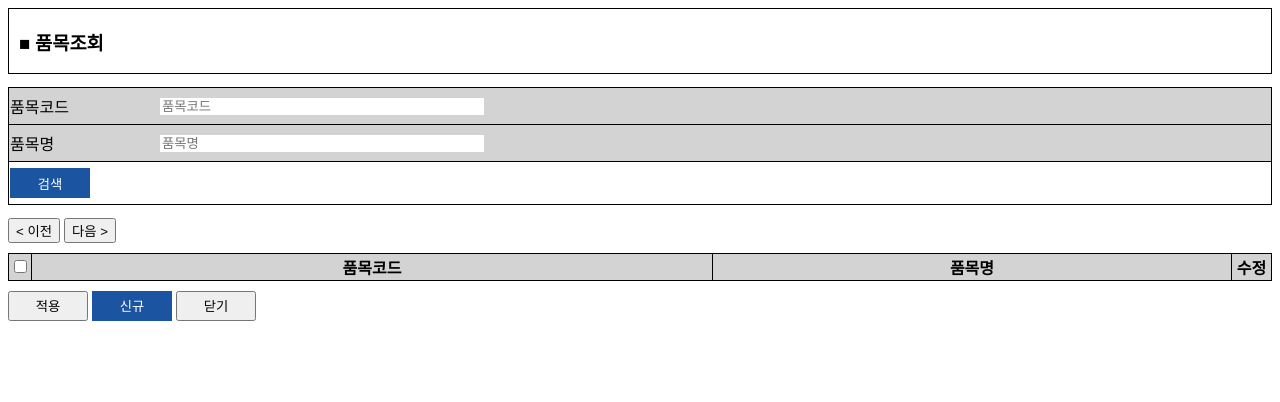
Repository: yoosb0328/js-project
Page: search-popup.html
An editor plug-in stored every save of this project. The page is shown before and after the next save, followed by the edit.
The browser window is 1280 px wide. The pictures show the whole page.

Above is the page before, as saved 2024-08-05 21:11:04.
Console error: TypeError: Cannot read properties of null (reading 'postMessage')

After the next save:
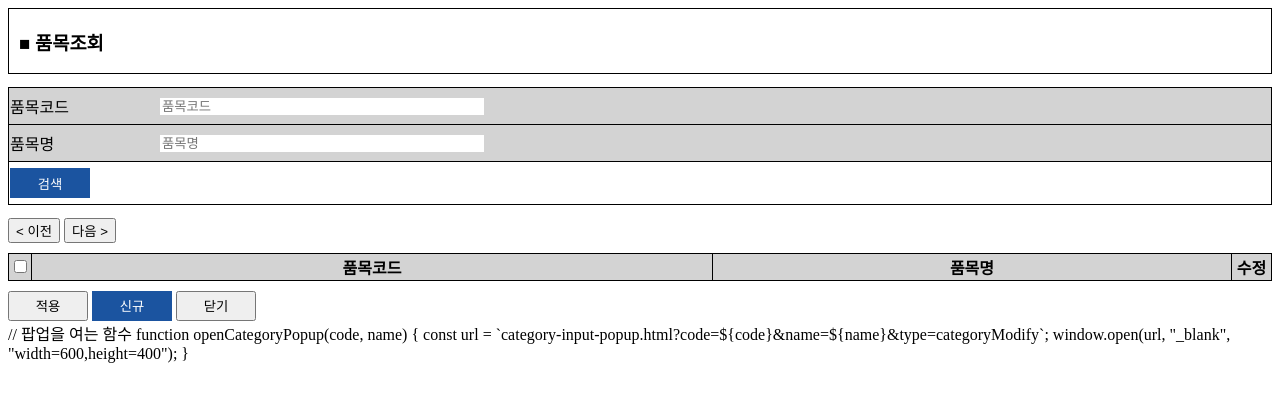
Saved 34 s later.
--- a/search-popup.html
+++ b/search-popup.html
@@ -86,5 +86,12 @@
     <script type="module" src="./js/component/popup.js"></script>
     <script type="module" src="./js/component/checkBox.js"></script>
     <script type="module" src="./js/component/button.js"></script>
+    <scrpt>
+        // 팝업을 여는 함수
+        function openCategoryPopup(code, name) {
+            const url = `category-input-popup.html?code=${code}&name=${name}&type=categoryModify`;
+            window.open(url, "_blank", "width=600,height=400");
+        }
+    </scrpt>
 </body>
 </html>

After the 2 saves that followed:
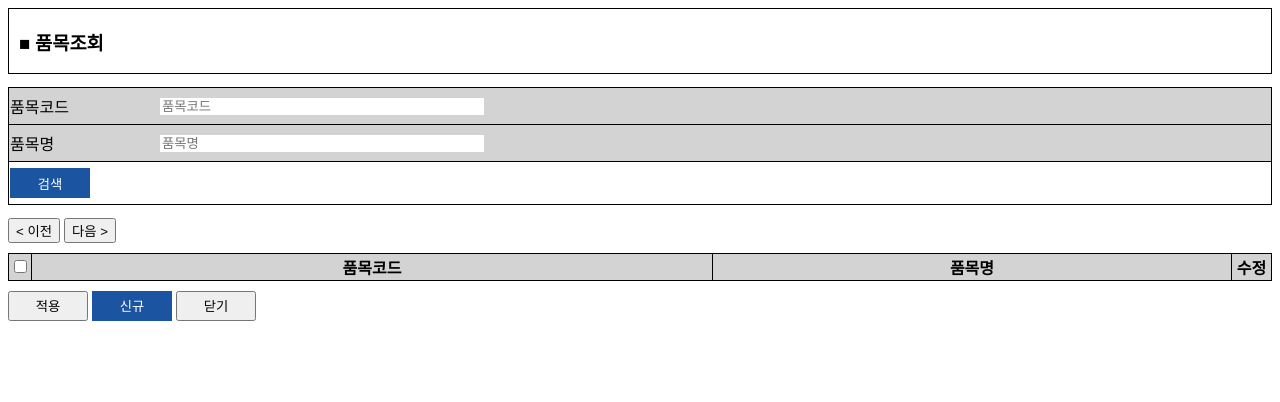
The 2 saves are shown as one change because 1 left the picture as it was.
The last was saved 17 s later.
--- a/search-popup.html
+++ b/search-popup.html
@@ -86,12 +86,6 @@
     <script type="module" src="./js/component/popup.js"></script>
     <script type="module" src="./js/component/checkBox.js"></script>
     <script type="module" src="./js/component/button.js"></script>
-    <scrpt>
-        // 팝업을 여는 함수
-        function openCategoryPopup(code, name) {
-            const url = `category-input-popup.html?code=${code}&name=${name}&type=categoryModify`;
-            window.open(url, "_blank", "width=600,height=400");
-        }
-    </scrpt>
+
 </body>
 </html>
